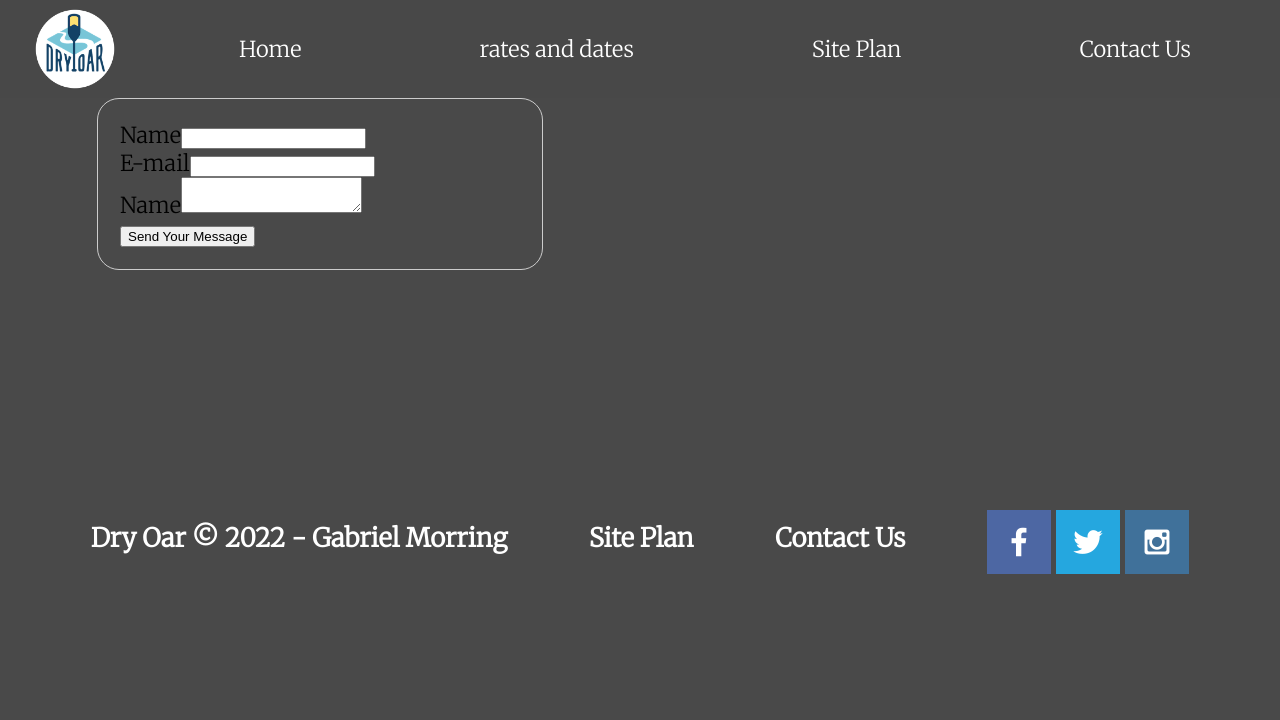
Repository: GabrielMorring/wdd130
Page: wwr/contactus.html
The author's editor kept a copy of each file at every save. The page is drawn from the files as they stood at one save, then again after the next save.
The browser window is 1280 px wide. The pictures show the whole page.
Some web fonts or font styles are not loaded; a fallback is used.

Above is the page before, as saved 2022-06-21 10:30:43.

After the next save:
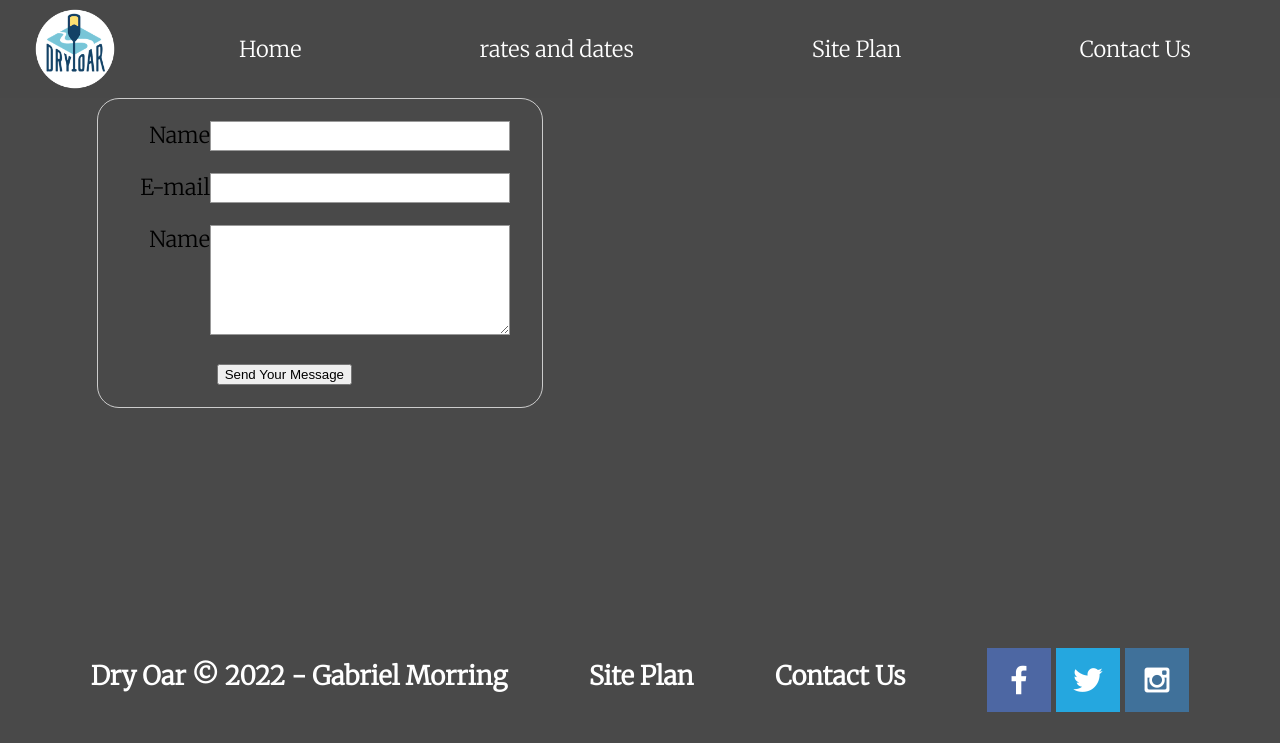
Saved 2 min 18 s later.
--- a/wwr/contactus.html
+++ b/wwr/contactus.html
@@ -19,6 +19,49 @@
         list-style: none;
         padding: 0;
         margin: 0;
+      }
+
+      form li + li {
+        margin-top: 1em;
+      }
+
+      label {
+        display: inline-block;
+        width: 90px;
+        text-align: right;
+      }
+
+      input,
+      textarea {
+        font: 1em sans-serif;
+        width: 300px;
+        box-sizing: border-box;
+        border: 1px solid #999;
+      }
+
+      input:focus,
+      textarea:focus {
+        /* Additional highlight for focused elements */
+        border-color: #000;
+      }
+
+      textarea {
+        /* Align multiline text fields with their labels */
+        vertical-align: top;
+
+        /* Provide space to type some text */
+        height: 5em;
+      }
+
+      .button {
+        /* Align buttons with the text fields */
+        padding-left: 90px; /* same size as the label elements */
+      }
+
+      button {
+        /* This extra margin represent roughly the same space as the space
+     between the labels and their text fields */
+        margin-left: 0.5em;
       }
     </style>
   </head>
